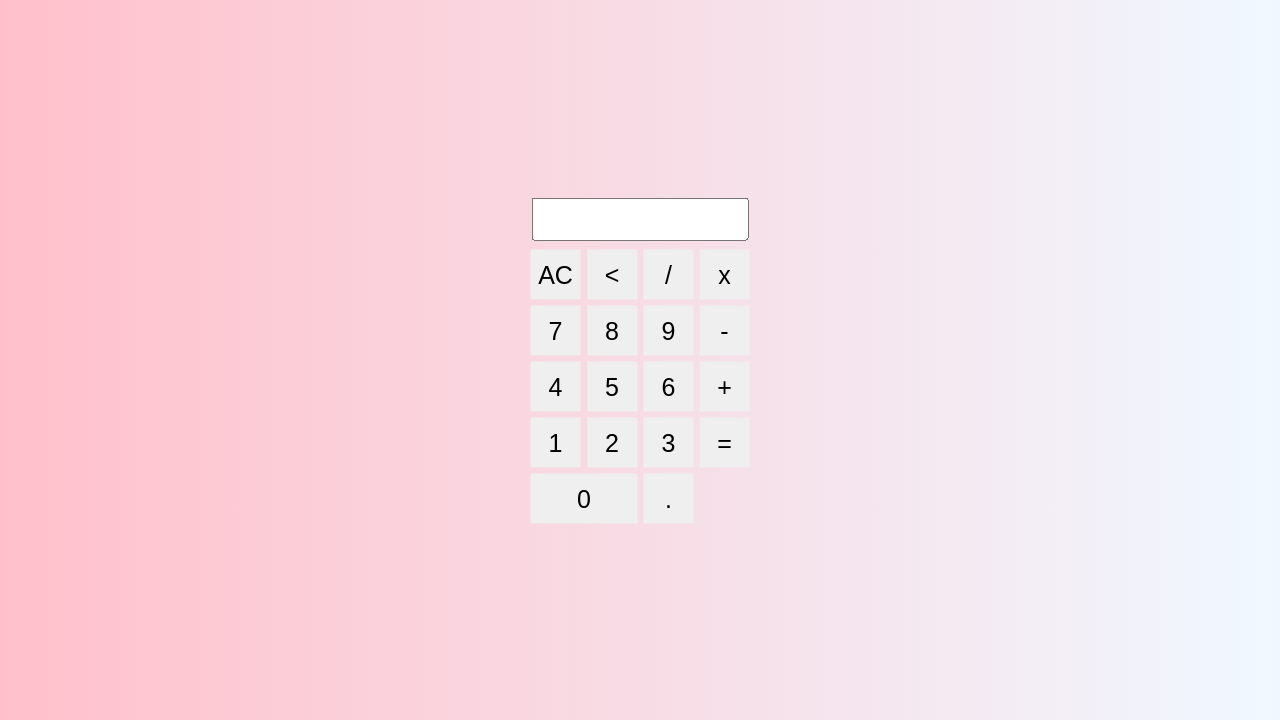
Repository: lacey-crenshaw/calculator
Page: index.html
An editor plug-in stored every save of this project. The page is shown before and after the next save, followed by the edit.
The browser window is 1280 px wide. The pictures show the whole page.

Above is the page before, as saved 2020-02-14 10:04:17.

### index.html
<html>

<head>
    <link rel="stylesheet" href="style.css">
    <script>
        function insert(num) {
            document.form.textview.value = document.form.textview.value + num
        }

        function equal() {
            let exp = document.form.textview.value;
            if (exp) {
                document.form.textview.value = eval(exp)
            }
        }

        function ac() {
            document.form.textview.value = "";
        }

        function back() {
            let exp = document.form.textview.value;
            document.form.textview.value = exp.substring(0, exp.length - 1);
        }
    </script>
</head>

<body>
    <div class="bg"></div>
    <div class="main">
        <form name="form">
            <input class="textview" name="textview">
        </form>
        <table>
            <tr>
                <td><input class="button" type="button" value="AC" onclick="ac()"> </td>
                <td><input class="button" type="button" value="<" onclick="back()"> </td>
                <td><input class="button" type="button" value="/" onclick="insert('/')"> </td>
                <td><input class="button" type="button" value="x" onclick="insert('*')"> </td>
            </tr>
            <tr>
                <td><input class="button" type="button" value="7" onclick="insert(7)"></td>
                <td><input class="button" type="button" value="8" onclick="insert(8)"> </td>
                <td><input class="button" type="button" value="9" onclick="insert(9)"> </td>
                <td><input class="button" type="button" value="-" onclick="insert('-')"> </td>
            </tr>
            <tr>
                <td><input class="button" type="button" value="4" onclick="insert(4)"> </td>
                <td><input class="button" type="button" value="5" onclick="insert(5)"> </td>
                <td><input class="button" type="button" value="6" onclick="insert(6)"> </td>
                <td><input class="button" type="button" value="+" onclick="insert('+')"> </td>
            </tr>
            <tr>
                <td><input class="button" type="button" value="1" onclick="insert(1)"> </td>
                <td><input class="button" type="button" value="2" onclick="insert(2)"> </td>
                <td><input class="button" type="button" value="3" onclick="insert(3)"> </td>
                <td><input class="button" type="button" value="=" onclick="equal()"></td>
            </tr>
            <tr>
                <td colspan="2"><input class="button" id="zero" type="button" value="0" onclick="insert(0)">
                </td>
                <td><input class="button" type="button" value="." onclick="insert('.')"> </td>
            </tr>
        </table>
    </div>
</body>

</html>

### style.css
*{
    margin:0;
    padding:0;
}

.button {
    width: 50;
    height: 50;
    font-size: 25;
    margin: 2;
    cursor: pointer;
    background: ;
    border: none;
}

.textview {
    width: 217;
    margin: 5;
    font-size: 25;
    padding: 5;
}

.main {
    position: absolute;
    top: 50%;
    left: 50%;
    transform: translateX(-50%) translateY(-50%);
}

.bg {
    background: linear-gradient(to right, pink, aliceblue);
    height: 100%;
}

#zero {
    width: 107;
}

After the next save:
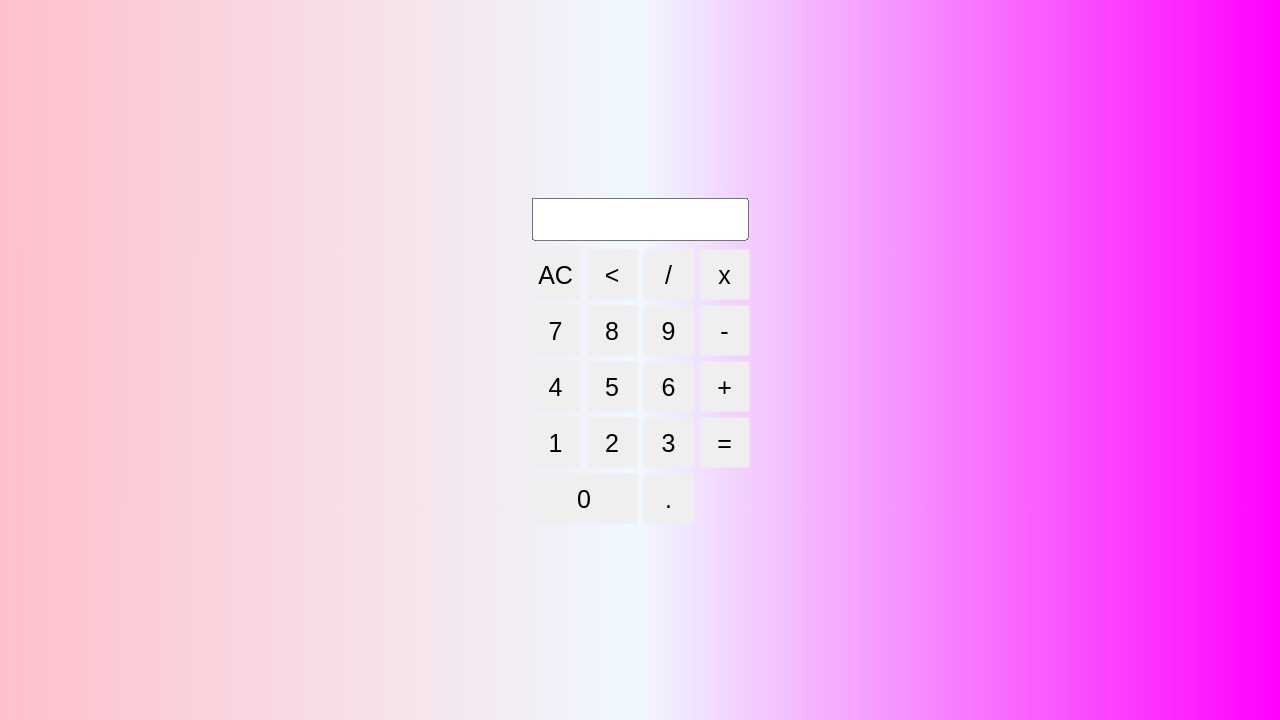
Saved 14 s later.
--- a/style.css
+++ b/style.css
@@ -28,7 +28,7 @@
 }
 
 .bg {
-    background: linear-gradient(to right, pink, aliceblue);
+    background: linear-gradient(to right, pink, aliceblue, magenta);
     height: 100%;
 }
 
